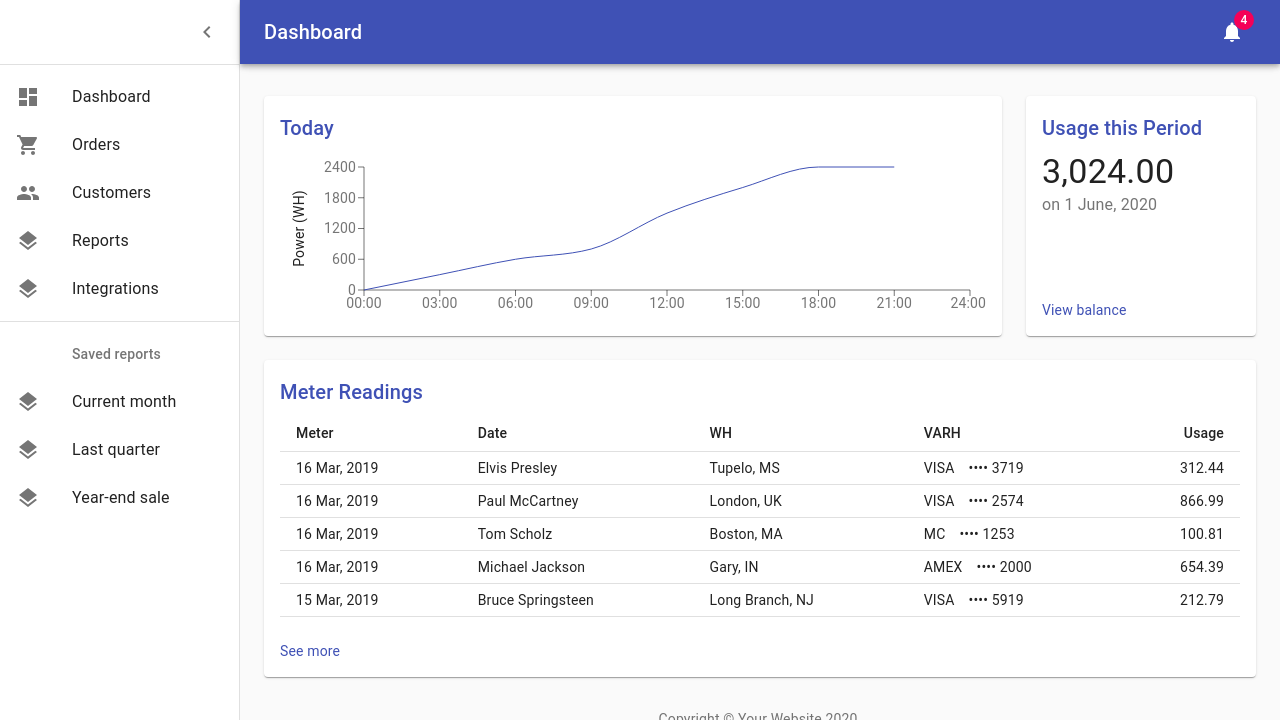
Repository: aubreypk/utilities-metering
Page: / (app in utilities-metering-app/)
An editor plug-in stored every save of this project. The page is shown before and after the next save, followed by the edit.
The browser window is 1280 px wide. The pictures show the whole page.
An inner scrolling area shows only its first screen. The project was rebuilt for these pictures with package versions that can differ from the ones it lists, and the page was loaded fresh each time. Also part of the build but not shown: utilities-metering-app/src/App.css.

Above is the page before, as saved 2020-05-31 17:16:46.

### utilities-metering-app/src/App.js
import React, { Component } from 'react'
import Dashoard from './components/Dashboard'

import './App.css';
import Dashboard from './components/Dashboard';

class App extends Component {
  render() {
    return (
      <div>
        <Dashboard />
      </div>
    )
  }
}

export default App;

### utilities-metering-app/src/components/Dashboard.js
import React from 'react';
import clsx from 'clsx';
import { makeStyles } from '@material-ui/core/styles';
import CssBaseline from '@material-ui/core/CssBaseline';
import Drawer from '@material-ui/core/Drawer';
import Box from '@material-ui/core/Box';
import AppBar from '@material-ui/core/AppBar';
import Toolbar from '@material-ui/core/Toolbar';
import List from '@material-ui/core/List';
import Typography from '@material-ui/core/Typography';
import Divider from '@material-ui/core/Divider';
import IconButton from '@material-ui/core/IconButton';
import Badge from '@material-ui/core/Badge';
import Container from '@material-ui/core/Container';
import Grid from '@material-ui/core/Grid';
import Paper from '@material-ui/core/Paper';
import Link from '@material-ui/core/Link';
import MenuIcon from '@material-ui/icons/Menu';
import ChevronLeftIcon from '@material-ui/icons/ChevronLeft';
import NotificationsIcon from '@material-ui/icons/Notifications';
import { mainListItems, secondaryListItems } from './Sidebar';
import PowerChart from './PowerChart';
import TotalPower from './TotalPower';
import PowerReadings from './PowerReadings';

function Copyright() {
  return (
    <Typography variant="body2" color="textSecondary" align="center">
      {'Copyright © '}
      <Link color="inherit" href="https://material-ui.com/">
        Your Website
      </Link>{' '}
      {new Date().getFullYear()}
      {'.'}
    </Typography>
  );
}

const drawerWidth = 240;

const useStyles = makeStyles((theme) => ({
  root: {
    display: 'flex',
  },
  toolbar: {
    paddingRight: 24, // keep right padding when drawer closed
  },
  toolbarIcon: {
    display: 'flex',
    alignItems: 'center',
    justifyContent: 'flex-end',
    padding: '0 8px',
    ...theme.mixins.toolbar,
  },
  appBar: {
    zIndex: theme.zIndex.drawer + 1,
    transition: theme.transitions.create(['width', 'margin'], {
      easing: theme.transitions.easing.sharp,
      duration: theme.transitions.duration.leavingScreen,
    }),
  },
  appBarShift: {
    marginLeft: drawerWidth,
    width: `calc(100% - ${drawerWidth}px)`,
    transition: theme.transitions.create(['width', 'margin'], {
      easing: theme.transitions.easing.sharp,
      duration: theme.transitions.duration.enteringScreen,
    }),
  },
  menuButton: {
    marginRight: 36,
  },
  menuButtonHidden: {
    display: 'none',
  },
  title: {
    flexGrow: 1,
  },
  drawerPaper: {
    position: 'relative',
    whiteSpace: 'nowrap',
    width: drawerWidth,
    transition: theme.transitions.create('width', {
      easing: theme.transitions.easing.sharp,
      duration: theme.transitions.duration.enteringScreen,
    }),
  },
  drawerPaperClose: {
    overflowX: 'hidden',
    transition: theme.transitions.create('width', {
      easing: theme.transitions.easing.sharp,
      duration: theme.transitions.duration.leavingScreen,
    }),
    width: theme.spacing(7),
    [theme.breakpoints.up('sm')]: {
      width: theme.spacing(9),
    },
  },
  appBarSpacer: theme.mixins.toolbar,
  content: {
    flexGrow: 1,
    height: '100vh',
    overflow: 'auto',
  },
  container: {
    paddingTop: theme.spacing(4),
    paddingBottom: theme.spacing(4),
  },
  paper: {
    padding: theme.spacing(2),
    display: 'flex',
    overflow: 'auto',
    flexDirection: 'column',
  },
  fixedHeight: {
    height: 240,
  },
}));

export default function Dashboard() {
  const classes = useStyles();
  const [open, setOpen] = React.useState(true);
  const handleDrawerOpen = () => {
    setOpen(true);
  };
  const handleDrawerClose = () => {
    setOpen(false);
  };
  const fixedHeightPaper = clsx(classes.paper, classes.fixedHeight);

  return (
    <div className={classes.root}>
      <CssBaseline />
      <AppBar position="absolute" className={clsx(classes.appBar, open && classes.appBarShift)}>
        <Toolbar className={classes.toolbar}>
          <IconButton
            edge="start"
            color="inherit"
            aria-label="open drawer"
            onClick={handleDrawerOpen}
            className={clsx(classes.menuButton, open && classes.menuButtonHidden)}
          >
            <MenuIcon />
          </IconButton>
          <Typography component="h1" variant="h6" color="inherit" noWrap className={classes.title}>
            Dashboard
          </Typography>
          <IconButton color="inherit">
            <Badge badgeContent={4} color="secondary">
              <NotificationsIcon />
            </Badge>
          </IconButton>
        </Toolbar>
      </AppBar>
      <Drawer
        variant="permanent"
        classes={{
          paper: clsx(classes.drawerPaper, !open && classes.drawerPaperClose),
        }}
        open={open}
      >
        <div className={classes.toolbarIcon}>
          <IconButton onClick={handleDrawerClose}>
            <ChevronLeftIcon />
          </IconButton>
        </div>
        <Divider />
        <List>{mainListItems}</List>
        <Divider />
        <List>{secondaryListItems}</List>
      </Drawer>
      <main className={classes.content}>
        <div className={classes.appBarSpacer} />
        <Container maxWidth="lg" className={classes.container}>
          <Grid container spacing={3}>
            {/* Chart */}
            <Grid item xs={12} md={8} lg={9}>
              <Paper className={fixedHeightPaper}>
                <PowerChart />
              </Paper>
            </Grid>
            {/* Recent Deposits */}
            <Grid item xs={12} md={4} lg={3}>
              <Paper className={fixedHeightPaper}>
                <TotalPower />
              </Paper>
            </Grid>
            {/* Recent Orders */}
            <Grid item xs={12}>
              <Paper className={classes.paper}>
                <PowerReadings />
              </Paper>
            </Grid>
          </Grid>
          <Box pt={4}>
            <Copyright />
          </Box>
        </Container>
      </main>
    </div>
  );
}

### utilities-metering-app/src/components/Sidebar.js
import React from 'react';
import ListItem from '@material-ui/core/ListItem';
import ListItemIcon from '@material-ui/core/ListItemIcon';
import ListItemText from '@material-ui/core/ListItemText';
import ListSubheader from '@material-ui/core/ListSubheader';
import DashboardIcon from '@material-ui/icons/Dashboard';
import ShoppingCartIcon from '@material-ui/icons/ShoppingCart';
import PeopleIcon from '@material-ui/icons/People';
import BarChartIcon from '@material-ui/icons/BarChart';
import LayersIcon from '@material-ui/icons/Layers';
//import AssignmentIcon from '@material-ui/icons/Assignment';

export const mainListItems = (
  <div>
    <ListItem button>
      <ListItemIcon>
        <DashboardIcon />
      </ListItemIcon>
      <ListItemText primary="Dashboard" />
    </ListItem>
    <ListItem button>
      <ListItemIcon>
        <ShoppingCartIcon />
      </ListItemIcon>
      <ListItemText primary="Orders" />
    </ListItem>
    <ListItem button>
      <ListItemIcon>
        <PeopleIcon />
      </ListItemIcon>
      <ListItemText primary="Customers" />
    </ListItem>
    <ListItem button>
      <ListItemIcon>
        <LayersIcon />
      </ListItemIcon>
      <ListItemText primary="Reports" />
    </ListItem>
    <ListItem button>
      <ListItemIcon>
        <LayersIcon />
      </ListItemIcon>
      <ListItemText primary="Integrations" />
    </ListItem>
  </div>
);

export const secondaryListItems = (
  <div>
    <ListSubheader inset>Saved reports</ListSubheader>
    <ListItem button>
      <ListItemIcon>
        <LayersIcon />
      </ListItemIcon>
      <ListItemText primary="Current month" />
    </ListItem>
    <ListItem button>
      <ListItemIcon>
        <LayersIcon />
      </ListItemIcon>
      <ListItemText primary="Last quarter" />
    </ListItem>
    <ListItem button>
      <ListItemIcon>
        <LayersIcon />
      </ListItemIcon>
      <ListItemText primary="Year-end sale" />
    </ListItem>
  </div>
);

### utilities-metering-app/src/components/PowerChart.js
import React from 'react';
import { useTheme } from '@material-ui/core/styles';
import { LineChart, Line, XAxis, YAxis, Label, ResponsiveContainer } from 'recharts';
import Header from './Header';

// Generate Sales Data
function createData(time, amount) {
  return { time, amount };
}

const data = [
  createData('00:00', 0),
  createData('03:00', 300),
  createData('06:00', 600),
  createData('09:00', 800),
  createData('12:00', 1500),
  createData('15:00', 2000),
  createData('18:00', 2400),
  createData('21:00', 2400),
  createData('24:00', undefined),
];

export default function PowerChart() {
  const theme = useTheme();

  return (
    <React.Fragment>
      <Header>Today</Header>
      <ResponsiveContainer>
        <LineChart
          data={data}
          margin={{
            top: 16,
            right: 16,
            bottom: 0,
            left: 24,
          }}
        >
          <XAxis dataKey="time" stroke={theme.palette.text.secondary} />
          <YAxis stroke={theme.palette.text.secondary}>
            <Label
              angle={270}
              position="left"
              style={{ textAnchor: 'middle', fill: theme.palette.text.primary }}
            >
              Power (WH)
            </Label>
          </YAxis>
          <Line type="monotone" dataKey="amount" stroke={theme.palette.primary.main} dot={false} />
        </LineChart>
      </ResponsiveContainer>
    </React.Fragment>
  );
}

### utilities-metering-app/src/components/TotalPower.js
import React from 'react';
import Link from '@material-ui/core/Link';
import { makeStyles } from '@material-ui/core/styles';
import Typography from '@material-ui/core/Typography';
import Header from './Header';

function preventDefault(event) {
  event.preventDefault();
}

const useStyles = makeStyles({
  depositContext: {
    flex: 1,
  },
});

export default function TotalPower() {
  const classes = useStyles();
  return (
    <React.Fragment>
      <Header>Usage this Period</Header>
      <Typography component="p" variant="h4">
        3,024.00
      </Typography>
      <Typography color="textSecondary" className={classes.depositContext}>
        on 1 June, 2020
      </Typography>
      <div>
        <Link color="primary" href="#" onClick={preventDefault}>
          View balance
        </Link>
      </div>
    </React.Fragment>
  );
}

### utilities-metering-app/src/components/PowerReadings.js
import React from 'react';
import Link from '@material-ui/core/Link';
import { makeStyles } from '@material-ui/core/styles';
import Table from '@material-ui/core/Table';
import TableBody from '@material-ui/core/TableBody';
import TableCell from '@material-ui/core/TableCell';
import TableHead from '@material-ui/core/TableHead';
import TableRow from '@material-ui/core/TableRow';
import Header from './Header';

// Generate Order Data
function createData(id, date, name, shipTo, paymentMethod, amount) {
  return { id, date, name, shipTo, paymentMethod, amount };
}

const rows = [
  createData(0, '16 Mar, 2019', 'Elvis Presley', 'Tupelo, MS', 'VISA ⠀•••• 3719', 312.44),
  createData(1, '16 Mar, 2019', 'Paul McCartney', 'London, UK', 'VISA ⠀•••• 2574', 866.99),
  createData(2, '16 Mar, 2019', 'Tom Scholz', 'Boston, MA', 'MC ⠀•••• 1253', 100.81),
  createData(3, '16 Mar, 2019', 'Michael Jackson', 'Gary, IN', 'AMEX ⠀•••• 2000', 654.39),
  createData(4, '15 Mar, 2019', 'Bruce Springsteen', 'Long Branch, NJ', 'VISA ⠀•••• 5919', 212.79),
];

function preventDefault(event) {
  event.preventDefault();
}

const useStyles = makeStyles((theme) => ({
  seeMore: {
    marginTop: theme.spacing(3),
  },
}));

export default function PowerReadings() {
  const classes = useStyles();
  return (
    <React.Fragment>
      <Header>Meter Readings</Header>
      <Table size="small">
        <TableHead>
          <TableRow>
            <TableCell>Meter</TableCell>
            <TableCell>Date</TableCell>
            <TableCell>WH</TableCell>
            <TableCell>VARH</TableCell>
            <TableCell align="right">Usage</TableCell>
          </TableRow>
        </TableHead>
        <TableBody>
          {rows.map((row) => (
            <TableRow key={row.id}>
              <TableCell>{row.date}</TableCell>
              <TableCell>{row.name}</TableCell>
              <TableCell>{row.shipTo}</TableCell>
              <TableCell>{row.paymentMethod}</TableCell>
              <TableCell align="right">{row.amount}</TableCell>
            </TableRow>
          ))}
        </TableBody>
      </Table>
      <div className={classes.seeMore}>
        <Link color="primary" href="#" onClick={preventDefault}>
          See more
        </Link>
      </div>
    </React.Fragment>
  );
}

### utilities-metering-app/src/components/Header.js
import React from 'react';
import PropTypes from 'prop-types';
import Typography from '@material-ui/core/Typography';

export default function Header(props) {
  return (
    <Typography component="h2" variant="h6" color="primary" gutterBottom>
      {props.children}
    </Typography>
  );
}

Header.propTypes = {
  children: PropTypes.node,
};

Loaded but not shown: utilities-metering-app/public/index.html (common file); utilities-metering-app/src/index.js (common file); utilities-metering-app/src/index.css (common file); utilities-metering-app/src/serviceWorker.js (common file)

After the next save:
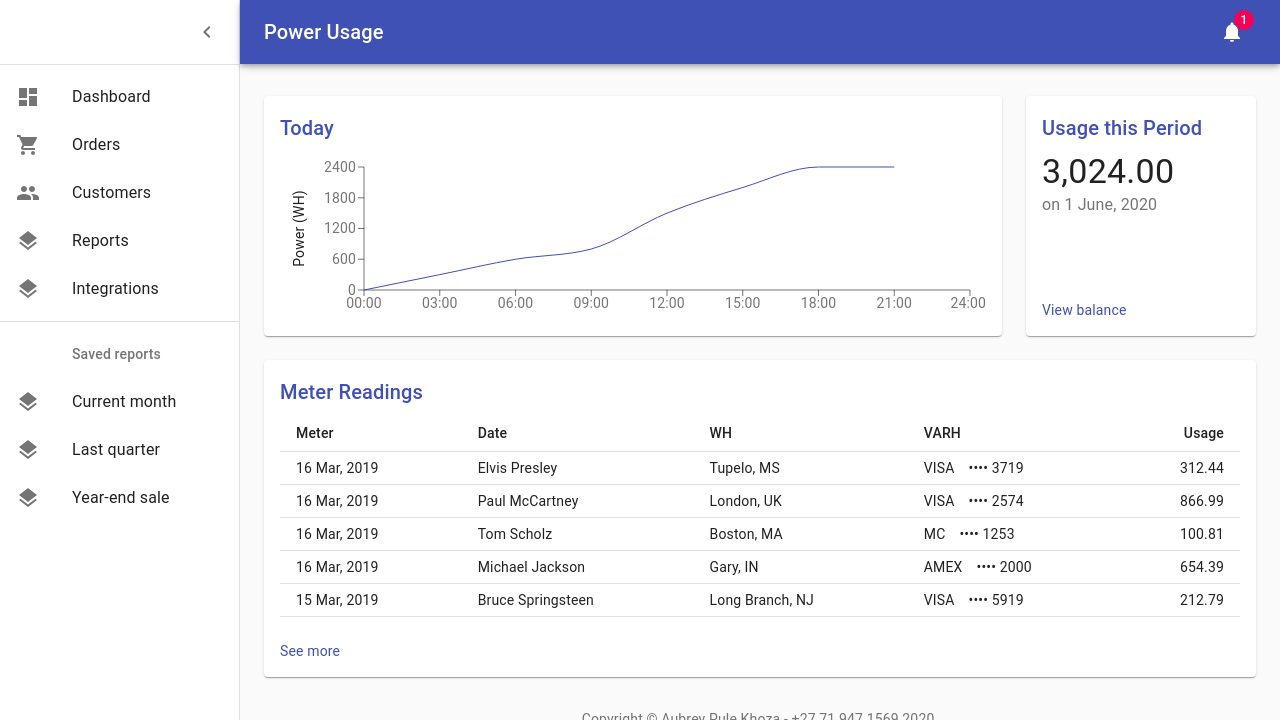
Saved 36 min 57 s later.
--- a/utilities-metering-app/src/components/Dashboard.js
+++ b/utilities-metering-app/src/components/Dashboard.js
@@ -27,8 +27,8 @@ function Copyright() {
   return (
     <Typography variant="body2" color="textSecondary" align="center">
       {'Copyright © '}
-      <Link color="inherit" href="https://material-ui.com/">
-        Your Website
+      <Link color="inherit" href="#">
+        Aubrey Pule Khoza - +27 71 947 1569
       </Link>{' '}
       {new Date().getFullYear()}
       {'.'}
@@ -143,10 +143,10 @@ export default function Dashboard() {
             <MenuIcon />
           </IconButton>
           <Typography component="h1" variant="h6" color="inherit" noWrap className={classes.title}>
-            Dashboard
+            Power Usage
           </Typography>
           <IconButton color="inherit">
-            <Badge badgeContent={4} color="secondary">
+            <Badge badgeContent={1} color="secondary">
               <NotificationsIcon />
             </Badge>
           </IconButton>
